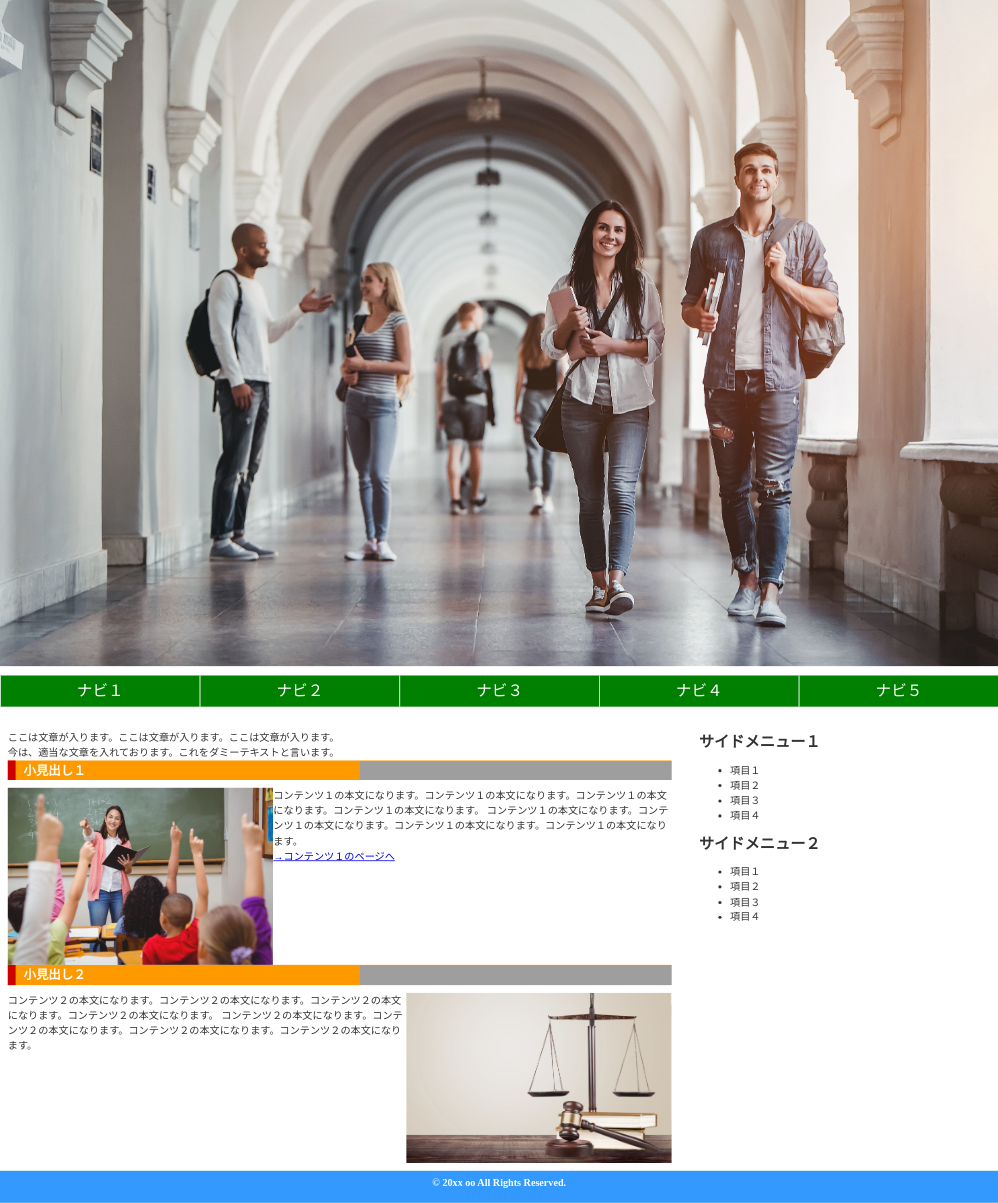
Repository: okuma0090/samurai_HTML-CSS
Page: home.html
The author's editor kept a record of every edit. The page is drawn from the files as they stood at one moment, then again after the next edit.
The browser window is 1280 px wide. The pictures show the whole page, at 78% of full size.
Pictures or frames that could not be fetched are drawn as grey boxes.

Above is the page before.

After the next edit:
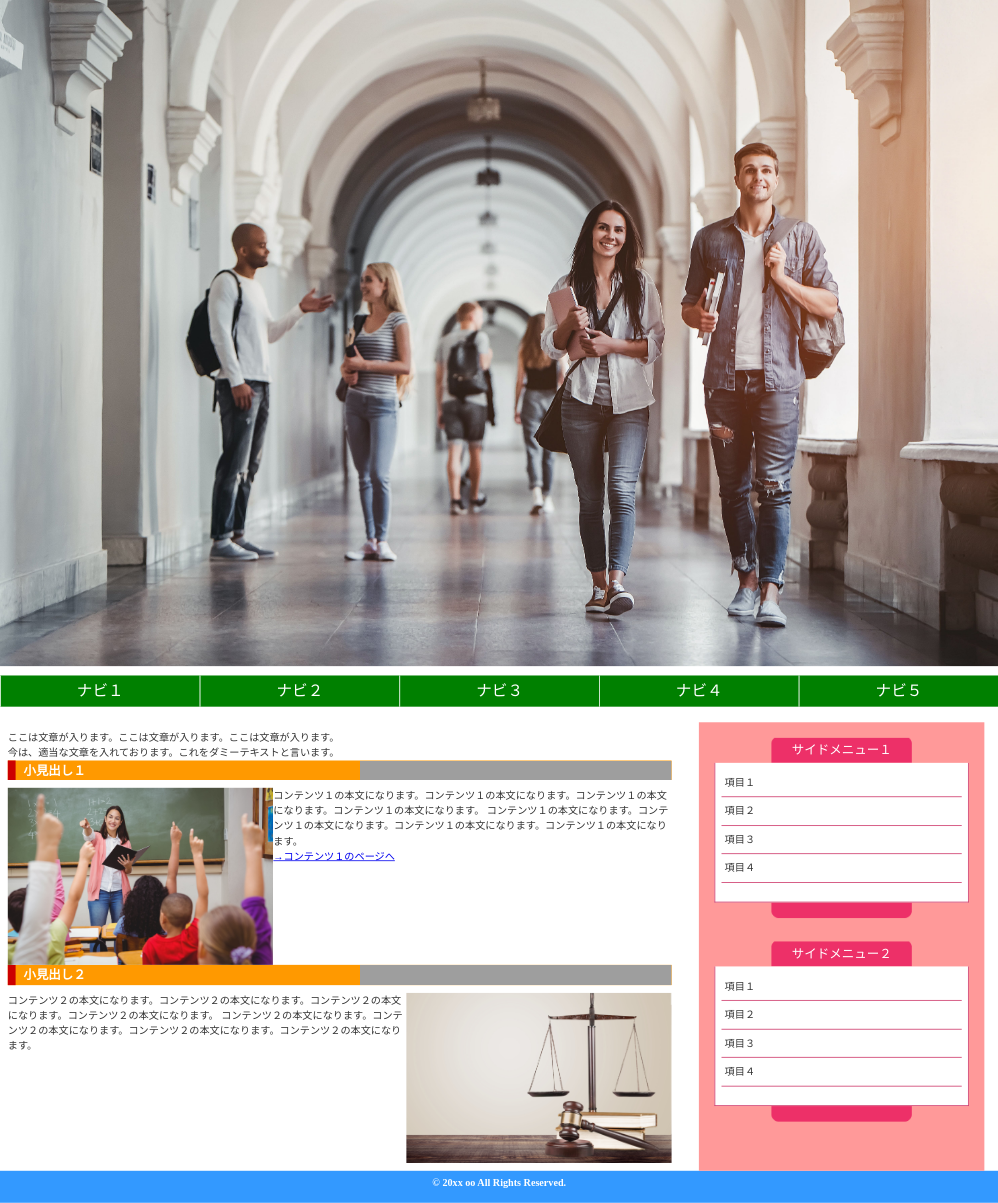
The edit:
--- a/home.html
+++ b/home.html
@@ -43,7 +43,7 @@
                             </p>
                         </div>
                 </div>
-                <div id="side-menu">
+                <div id="side">
                     <div class="box">
                         <h2>サイドメニュー１</h2>
                         <div class="boxBody">
